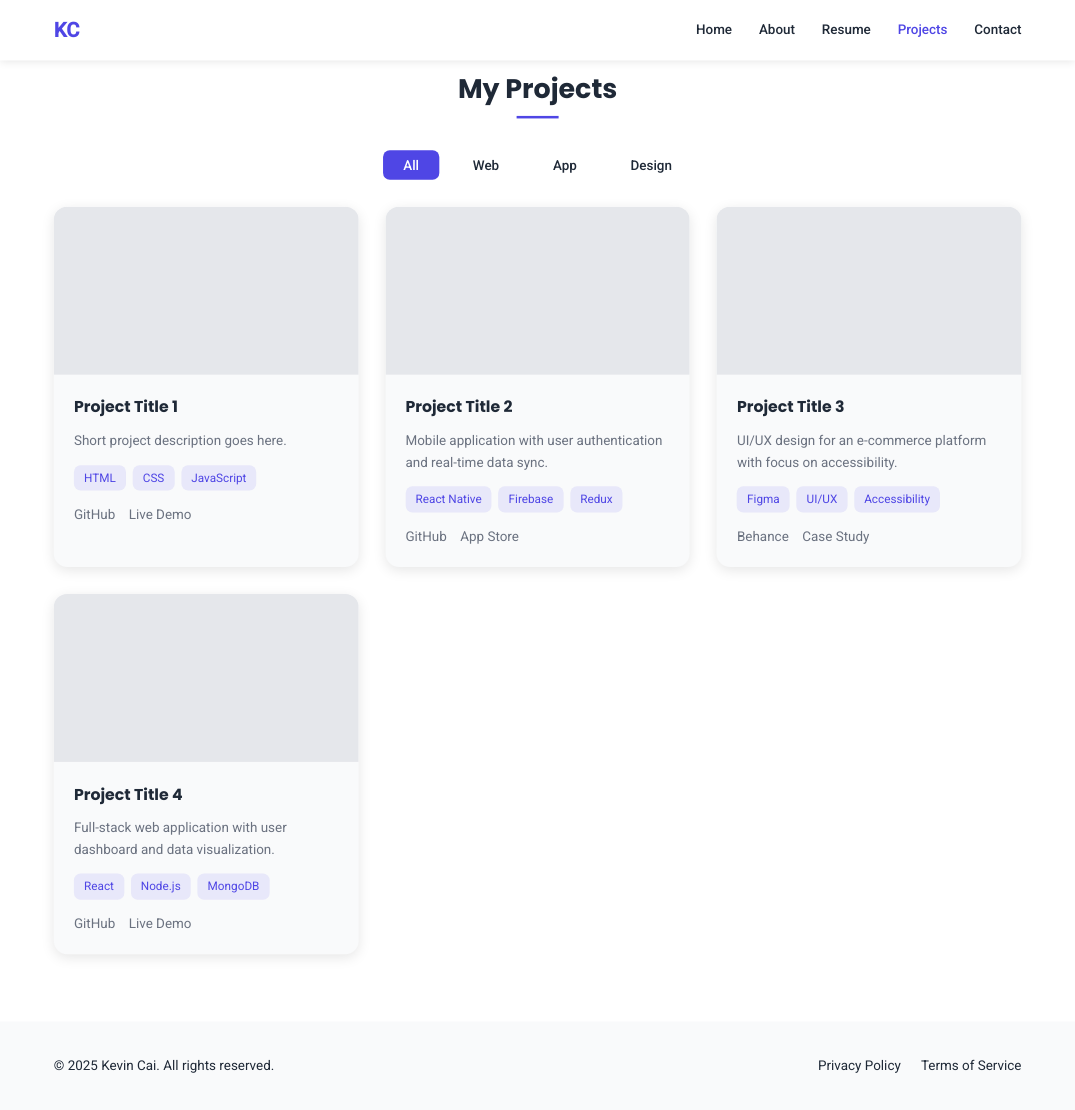
Repository: itskevbo/E-Portfolio
Page: pages/projects.html
The author's editor kept a copy of each file at every save. The page is drawn from the files as they stood at one save, then again after a run of saves.
The browser window is 1280 px wide. The pictures show the whole page, at 84% of full size.

Above is the page before, as saved 2025-04-22 21:54:11.

### pages/projects.html
<!DOCTYPE html>
<html lang="en">
<head>
    <meta charset="UTF-8">
    <meta name="viewport" content="width=device-width, initial-scale=1.0">
    <title>Kevin Cai | Projects</title>
    <meta name="description" content="Explore Kevin Cai's projects and portfolio work">

    <!-- Favicon -->
    <link rel="icon" href="../assets/images/favicon.ico">

    <!-- CSS -->
    <link rel="stylesheet" href="../styles/main.css">

    <!-- Google Fonts -->
    <link rel="preconnect" href="https://fonts.googleapis.com">
    <link rel="preconnect" href="https://fonts.gstatic.com" crossorigin>
    <link href="https://fonts.googleapis.com/css2?family=Poppins:wght@300;400;500;700&family=Roboto:wght@400;500&display=swap" rel="stylesheet">
</head>
<body>
    <!-- Header Component -->
    <header class="header" id="header">
        <div class="container">
            <div class="header__logo">
                <a href="../index.html" class="logo">KC</a>
            </div>

            <nav class="header__nav" id="nav-menu">
                <ul class="header__nav-list">
                    <li class="header__nav-item"><a href="../index.html" class="header__nav-link">Home</a></li>
                    <li class="header__nav-item"><a href="about.html" class="header__nav-link">About</a></li>
                    <li class="header__nav-item"><a href="resume.html" class="header__nav-link">Resume</a></li>
                    <li class="header__nav-item"><a href="projects.html" class="header__nav-link active">Projects</a></li>
                    <li class="header__nav-item"><a href="contact.html" class="header__nav-link">Contact</a></li>
                </ul>

                <div class="header__nav-toggle" id="nav-toggle">
                    <span></span>
                    <span></span>
                    <span></span>
                </div>
            </nav>
        </div>
    </header>

    <main>
        <!-- Projects Section Component -->
        <section class="projects section" id="projects">
            <div class="container">
                <h2 class="section__title">My Projects</h2>
                <div class="projects__filter">
                    <button class="projects__filter-btn active" data-filter="all">All</button>
                    <button class="projects__filter-btn" data-filter="web">Web</button>
                    <button class="projects__filter-btn" data-filter="app">App</button>
                    <button class="projects__filter-btn" data-filter="design">Design</button>
                </div>
                <div class="projects__grid">
                    <!-- Project Card Component 1 -->
                    <div class="project-card" data-category="web">
                        <div class="project-card__image">
                            <!-- Placeholder for project image -->
                            <div class="project-card__image-placeholder"></div>
                        </div>
                        <div class="project-card__content">
                            <h3 class="project-card__title">Project Title 1</h3>
                            <p class="project-card__description">Short project description goes here.</p>
                            <div class="project-card__tags">
                                <span class="tag">HTML</span>
                                <span class="tag">CSS</span>
                                <span class="tag">JavaScript</span>
                            </div>
                            <div class="project-card__links">
                                <a href="#" class="project-card__link" target="_blank">
                                    <span class="icon">GitHub</span>
                                </a>
                                <a href="#" class="project-card__link" target="_blank">
                                    <span class="icon">Live Demo</span>
                                </a>
                            </div>
                        </div>
                    </div>

                    <!-- Project Card Component 2 -->
                    <div class="project-card" data-category="app">
                        <div class="project-card__image">
                            <!-- Placeholder for project image -->
                            <div class="project-card__image-placeholder"></div>
                        </div>
                        <div class="project-card__content">
                            <h3 class="project-card__title">Project Title 2</h3>
                            <p class="project-card__description">Mobile application with user authentication and real-time data sync.</p>
                            <div class="project-card__tags">
                                <span class="tag">React Native</span>
                                <span class="tag">Firebase</span>
                                <span class="tag">Redux</span>
                            </div>
                            <div class="project-card__links">
                                <a href="#" class="project-card__link" target="_blank">
                                    <span class="icon">GitHub</span>
                                </a>
                                <a href="#" class="project-card__link" target="_blank">
                                    <span class="icon">App Store</span>
                                </a>
                            </div>
                        </div>
                    </div>

                    <!-- Project Card Component 3 -->
                    <div class="project-card" data-category="design">
                        <div class="project-card__image">
                            <!-- Placeholder for project image -->
                            <div class="project-card__image-placeholder"></div>
                        </div>
                        <div class="project-card__content">
                            <h3 class="project-card__title">Project Title 3</h3>
                            <p class="project-card__description">UI/UX design for an e-commerce platform with focus on accessibility.</p>
                            <div class="project-card__tags">
                                <span class="tag">Figma</span>
                                <span class="tag">UI/UX</span>
                                <span class="tag">Accessibility</span>
                            </div>
                            <div class="project-card__links">
                                <a href="#" class="project-card__link" target="_blank">
                                    <span class="icon">Behance</span>
                                </a>
                                <a href="#" class="project-card__link" target="_blank">
                                    <span class="icon">Case Study</span>
                                </a>
                            </div>
                        </div>
                    </div>

                    <!-- Project Card Component 4 -->
                    <div class="project-card" data-category="web">
                        <div class="project-card__image">
                            <!-- Placeholder for project image -->
                            <div class="project-card__image-placeholder"></div>
                        </div>
                        <div class="project-card__content">
                            <h3 class="project-card__title">Project Title 4</h3>
                            <p class="project-card__description">Full-stack web application with user dashboard and data visualization.</p>
                            <div class="project-card__tags">
                                <span class="tag">React</span>
                                <span class="tag">Node.js</span>
                                <span class="tag">MongoDB</span>
                            </div>
                            <div class="project-card__links">
                                <a href="#" class="project-card__link" target="_blank">
                                    <span class="icon">GitHub</span>
                                </a>
                                <a href="#" class="project-card__link" target="_blank">
                                    <span class="icon">Live Demo</span>
                                </a>
                            </div>
                        </div>
                    </div>
                </div>
            </div>
        </section>
    </main>

    <!-- Footer Component -->
    <footer class="footer">
        <div class="container">
            <div class="footer__content">
                <p>&copy; 2025 Kevin Cai. All rights reserved.</p>
                <div class="footer__links">
                    <a href="#" class="footer__link">Privacy Policy</a>
                    <a href="#" class="footer__link">Terms of Service</a>
                </div>
            </div>
        </div>
    </footer>

    <!-- JS -->
    <script src="../scripts/main.js"></script>
</body>
</html>

### styles/main.css
/*=============== VARIABLES ===============*/
:root {
    /* Colors */
    --primary-color: #4f46e5;
    --primary-color-alt: #2f24a5;
    --secondary-color: #3b82f6;
    --accent-color: #8b5cf6;
    --text-color: #1f2937;
    --text-color-light: #6b7280;
    --body-color: #ffffff;
    --container-color: #f9fafb;
    --border-color: #e5e7eb;
    --success-color: #10b981;
    --error-color: #ef4444;

    /* Typography */
    --body-font: 'Roboto', sans-serif;
    --heading-font: 'Poppins', sans-serif;
    --h1-font-size: 2.5rem;
    --h2-font-size: 2rem;
    --h3-font-size: 1.5rem;
    --normal-font-size: 1rem;
    --small-font-size: 0.875rem;
    --smaller-font-size: 0.75rem;

    /* Font weights */
    --font-light: 300;
    --font-regular: 400;
    --font-medium: 500;
    --font-bold: 700;

    /* Z-index */
    --z-tooltip: 10;
    --z-fixed: 100;

    /* Transitions */
    --transition: all 0.3s ease;
}

/*=============== BASE ===============*/
* {
    margin: 0;
    padding: 0;
    box-sizing: border-box;
}

html {
    scroll-behavior: smooth;
}

body {
    font-family: var(--body-font);
    font-size: var(--normal-font-size);
    color: var(--text-color);
    background-color: var(--body-color);
    line-height: 1.6;
}

h1, h2, h3 {
    font-family: var(--heading-font);
    font-weight: var(--font-bold);
    color: var(--text-color);
}

ul {
    list-style: none;
}

a {
    text-decoration: none;
    color: var(--text-color);
    transition: var(--transition);
}

a:hover {
    color: var(--primary-color);
}

img {
    max-width: 100%;
    height: auto;
}

button,
input,
textarea {
    font-family: var(--body-font);
    font-size: var(--normal-font-size);
    outline: none;
    border: none;
}

button {
    cursor: pointer;
    background: none;
}

/*=============== REUSABLE CLASSES ===============*/
.container {
    max-width: 1200px;
    margin: 0 auto;
    padding: 0 1.5rem;
}

.section {
    padding: 5rem 0;
}

.section__title {
    font-size: var(--h2-font-size);
    text-align: center;
    margin-bottom: 3rem;
    position: relative;
}

.section__title::after {
    content: '';
    position: absolute;
    width: 50px;
    height: 3px;
    background-color: var(--primary-color);
    bottom: -10px;
    left: 50%;
    transform: translateX(-50%);
}

.highlight {
    color: var(--primary-color);
}

.grid {
    display: grid;
    gap: 1.5rem;
}

/*=============== BUTTONS ===============*/
.btn {
    display: inline-flex;
    align-items: center;
    justify-content: center;
    padding: 0.75rem 1.5rem;
    border-radius: 0.5rem;
    font-weight: var(--font-medium);
    transition: var(--transition);
}

.btn-primary {
    background-color: var(--primary-color);
    color: white;
}

.btn-primary:hover {
    background-color: var(--primary-color-alt);
    color: white;
}

.btn-outline {
    border: 2px solid var(--primary-color);
    color: var(--primary-color);
}

.btn-outline:hover {
    background-color: var(--primary-color);
    color: white;
}

/*=============== HEADER & NAV ===============*/
.header {
    position: fixed;
    top: 0;
    left: 0;
    width: 100%;
    background-color: var(--body-color);
    box-shadow: 0 2px 10px rgba(0, 0, 0, 0.1);
    z-index: var(--z-fixed);
}

.header .container {
    display: flex;
    align-items: center;
    justify-content: space-between;
    height: 4.5rem;
}

.header__logo .logo {
    font-size: 1.5rem;
    font-weight: var(--font-bold);
    color: var(--primary-color);
}

.header__nav {
    display: flex;
    align-items: center;
}

.header__nav-list {
    display: flex;
    gap: 2rem;
}

.header__nav-link {
    font-weight: var(--font-medium);
}

.header__nav-link.active {
    color: var(--primary-color);
}

.header__nav-toggle {
    display: none;
    flex-direction: column;
    gap: 5px;
    cursor: pointer;
}

.header__nav-toggle span {
    width: 25px;
    height: 2px;
    background-color: var(--text-color);
    transition: var(--transition);
}

/*=============== HERO ===============*/
.hero {
    min-height: 100vh;
    display: flex;
    align-items: center;
    padding-top: 4.5rem;
}

.hero .container {
    display: grid;
    grid-template-columns: 1fr 1fr;
    align-items: center;
    gap: 2.5rem;
}

.hero__title {
    font-size: var(--h1-font-size);
    margin-bottom: 1rem;
}

.hero__subtitle {
    font-size: var(--h3-font-size);
    color: var(--primary-color);
    margin-bottom: 1.5rem;
}

.hero__description {
    margin-bottom: 2rem;
    max-width: 400px;
}

.hero__actions {
    display: flex;
    gap: 1rem;
}

.hero__image-placeholder {
    background-color: var(--border-color);
    border-radius: 1rem;
    height: 400px;
    width: 100%;
}

/*=============== ABOUT ===============*/
.about__content {
    display: grid;
    grid-template-columns: 1fr 1fr;
    gap: 2.5rem;
    align-items: center;
}

.about__text p {
    margin-bottom: 1.5rem;
}

.about__image-placeholder {
    background-color: var(--border-color);
    border-radius: 1rem;
    height: 400px;
    width: 100%;
}

/*=============== PROJECTS ===============*/
.projects__filter {
    display: flex;
    justify-content: center;
    flex-wrap: wrap;
    gap: 1rem;
    margin-bottom: 2rem;
}

.projects__filter-btn {
    padding: 0.5rem 1.5rem;
    border-radius: 0.5rem;
    color: var(--text-color);
    font-weight: var(--font-medium);
    transition: var(--transition);
}

.projects__filter-btn:hover,
.projects__filter-btn.active {
    background-color: var(--primary-color);
    color: white;
}

.projects__grid {
    display: grid;
    grid-template-columns: repeat(auto-fill, minmax(280px, 1fr));
    gap: 2rem;
}

.project-card {
    background-color: var(--container-color);
    border-radius: 1rem;
    overflow: hidden;
    box-shadow: 0 4px 15px rgba(0, 0, 0, 0.1);
    transition: var(--transition);
}

.project-card:hover {
    transform: translateY(-10px);
    box-shadow: 0 10px 25px rgba(0, 0, 0, 0.2);
}

.project-card__image-placeholder {
    background-color: var(--border-color);
    height: 200px;
    width: 100%;
}

.project-card__content {
    padding: 1.5rem;
}

.project-card__title {
    margin-bottom: 0.75rem;
}

.project-card__description {
    color: var(--text-color-light);
    margin-bottom: 1rem;
}

.project-card__tags {
    display: flex;
    flex-wrap: wrap;
    gap: 0.5rem;
    margin-bottom: 1rem;
}

.tag {
    background-color: rgba(79, 70, 229, 0.1);
    color: var(--primary-color);
    padding: 0.25rem 0.75rem;
    border-radius: 0.5rem;
    font-size: var(--small-font-size);
}

.project-card__links {
    display: flex;
    gap: 1rem;
}

.project-card__link {
    color: var(--text-color-light);
}

.project-card__link:hover {
    color: var(--primary-color);
}

/*=============== SKILLS ===============*/
.skills__content {
    display: grid;
    grid-template-columns: repeat(auto-fit, minmax(300px, 1fr));
    gap: 2rem;
}

.skills__category-title {
    margin-bottom: 1.5rem;
    position: relative;
    display: inline-block;
    padding-left: 1rem;
}

.skills__category-title::before {
    content: '';
    position: absolute;
    width: 3px;
    height: 100%;
    background-color: var(--primary-color);
    left: 0;
    top: 0;
}

.skills__list {
    display: grid;
    gap: 1rem;
}

.skill-item {
    display: grid;
    gap: 0.5rem;
}

.skill-item__name {
    display: flex;
    justify-content: space-between;
}

.skill-item__bar {
    width: 100%;
    height: 8px;
    background-color: var(--border-color);
    border-radius: 1rem;
    overflow: hidden;
}

.skill-item__progress {
    height: 100%;
    background-color: var(--primary-color);
    border-radius: 1rem;
}

/*=============== CONTACT ===============*/
.contact__content {
    display: grid;
    grid-template-columns: 1fr 2fr;
    gap: 2.5rem;
}

.contact__info {
    display: grid;
    gap: 2rem;
}

.contact__info-item {
    display: flex;
    align-items: center;
    gap: 1rem;
}

.contact__social {
    display: flex;
    gap: 1rem;
}

.contact__social-link {
    display: flex;
    align-items: center;
    justify-content: center;
    width: 40px;
    height: 40px;
    border-radius: 50%;
    background-color: var(--container-color);
    color: var(--text-color);
    transition: var(--transition);
}

.contact__social-link:hover {
    background-color: var(--primary-color);
    color: white;
}

.contact__form {
    display: grid;
    gap: 1.5rem;
}

.form-group {
    display: grid;
    gap: 0.5rem;
}

.form-group label {
    font-weight: var(--font-medium);
}

.form-group input,
.form-group textarea {
    width: 100%;
    padding: 0.75rem 1rem;
    border: 1px solid var(--border-color);
    border-radius: 0.5rem;
    background-color: var(--container-color);
    transition: var(--transition);
}

.form-group input:focus,
.form-group textarea:focus {
    border-color: var(--primary-color);
}

.form-group textarea {
    height: 150px;
    resize: none;
}

/*=============== FOOTER ===============*/
.footer {
    background-color: var(--container-color);
    padding: 2.5rem 0;
}

.footer__content {
    display: flex;
    justify-content: space-between;
    align-items: center;
}

.footer__links {
    display: flex;
    gap: 1.5rem;
}

/*=============== MEDIA QUERIES ===============*/
/* For medium devices */
@media screen and (max-width: 968px) {
    :root {
        --h1-font-size: 2.25rem;
        --h2-font-size: 1.75rem;
        --h3-font-size: 1.25rem;
    }

    .hero .container,
    .about__content {
        grid-template-columns: 1fr;
    }

    .hero__image {
        grid-row: 1;
    }

    .contact__content {
        grid-template-columns: 1fr;
    }
}

/* For small devices */
@media screen and (max-width: 768px) {
    .header__nav-list {
        position: fixed;
        top: 4.5rem;
        right: -100%;
        background-color: var(--body-color);
        width: 80%;
        height: 100vh;
        flex-direction: column;
        align-items: center;
        justify-content: center;
        padding: 3rem 0;
        box-shadow: -5px 0 15px rgba(0, 0, 0, 0.1);
        transition: var(--transition);
    }

    .header__nav-list.show-menu {
        right: 0;
    }

    .header__nav-toggle {
        display: flex;
    }

    .header__nav-toggle.active span:nth-child(1) {
        transform: rotate(45deg) translate(5px, 5px);
    }

    .header__nav-toggle.active span:nth-child(2) {
        opacity: 0;
    }

    .header__nav-toggle.active span:nth-child(3) {
        transform: rotate(-45deg) translate(5px, -5px);
    }

    .footer__content {
        flex-direction: column;
        gap: 1rem;
    }
}

/* For smaller devices */
@media screen and (max-width: 350px) {
    :root {
        --h1-font-size: 2rem;
        --h2-font-size: 1.5rem;
        --h3-font-size: 1.25rem;
    }

    .container {
        padding: 0 1rem;
    }

    .hero__actions {
        flex-direction: column;
        width: 100%;
    }

    .hero__actions .btn {
        width: 100%;
        text-align: center;
    }

    .projects__filter {
        flex-direction: column;
        width: 100%;
    }
}

Loaded but not shown: scripts/main.js (180 lines, source omitted)

After the next 3 saves:
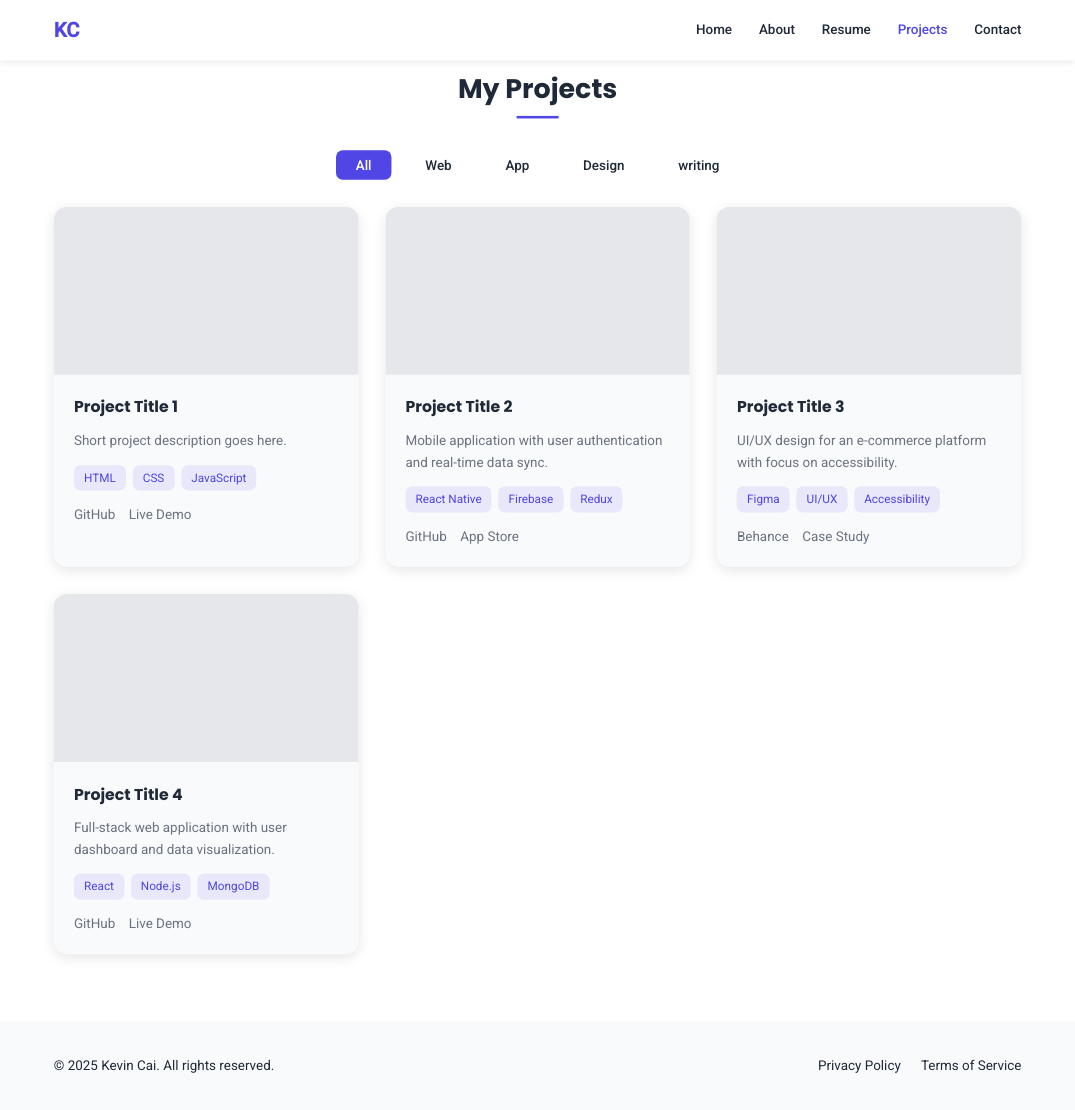
The 3 saves are shown as one change because they came seconds apart.
The last was saved 55 s later.
--- a/pages/projects.html
+++ b/pages/projects.html
@@ -53,6 +53,7 @@
                     <button class="projects__filter-btn" data-filter="web">Web</button>
                     <button class="projects__filter-btn" data-filter="app">App</button>
                     <button class="projects__filter-btn" data-filter="design">Design</button>
+                    <button class="projects__filter-btn" data-filter="design">writing</button>
                 </div>
                 <div class="projects__grid">
                     <!-- Project Card Component 1 -->
